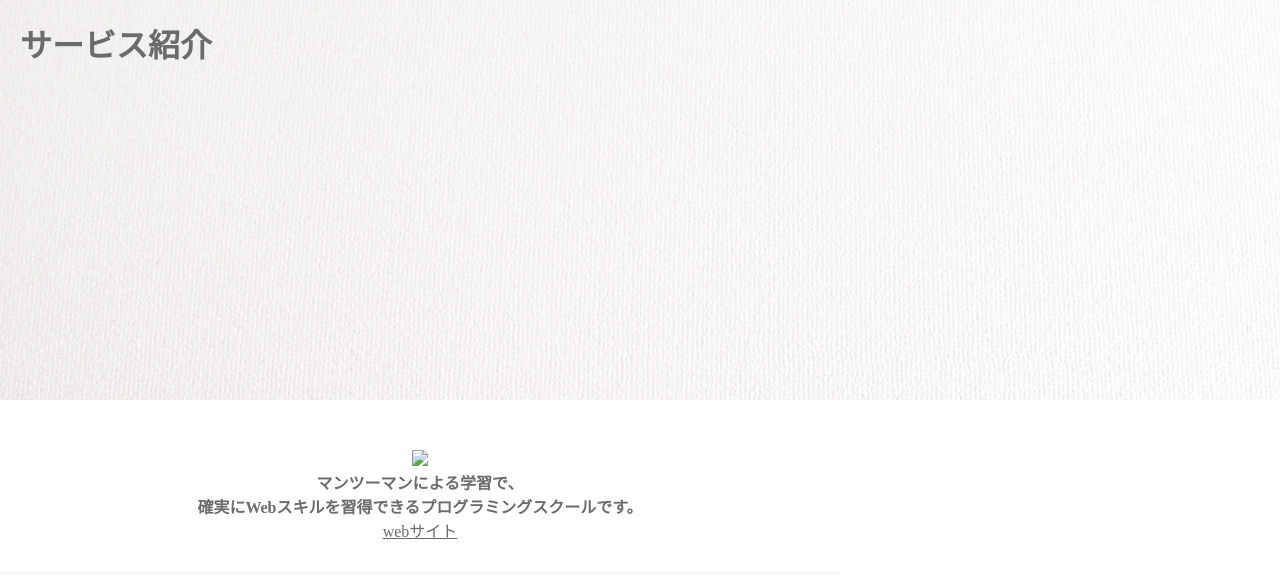
Repository: kiruha313/DWC
Page: exersise7/index.html
The author's editor kept a record of every edit. The page is drawn from the files as they stood at one moment, then again after the next edit.
The browser window is 1280 px wide. The pictures show the whole page.

Above is the page before.
Not found: exersise7/img/wc-logo.jpg

After the next edit:
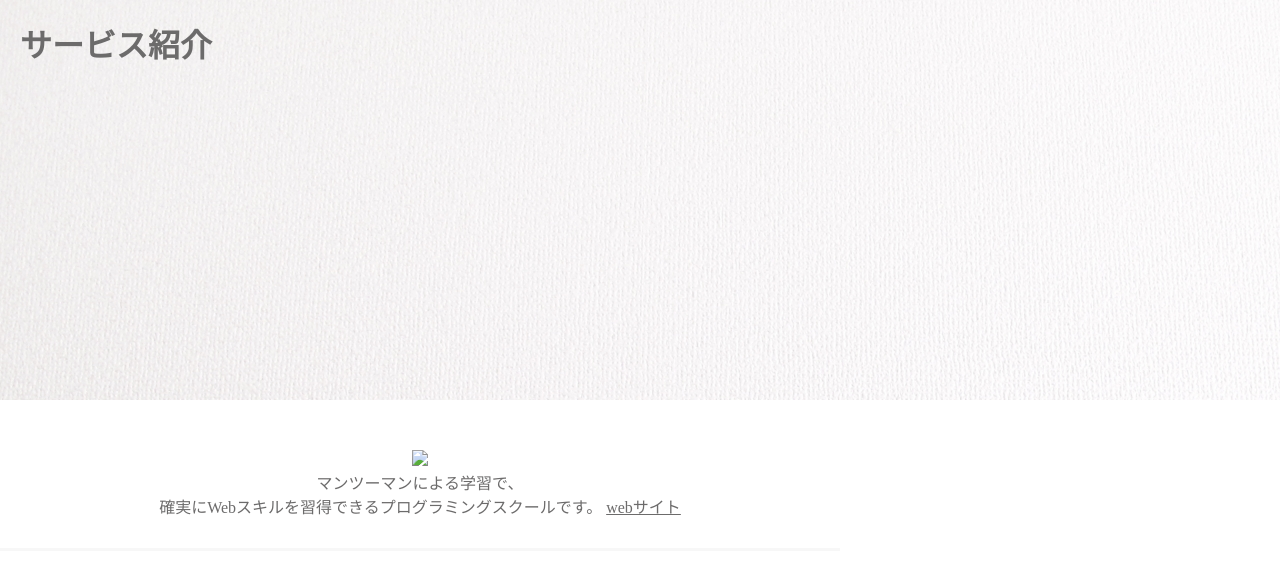
The edit:
--- a/exersise7/index.html
+++ b/exersise7/index.html
@@ -17,7 +17,7 @@
       <div class="school-item">
         <img class="school-image" src="img/wc-logo.jpg">
         <section class="school-text">
-          <h4 class="school-text-heading">
+          <div class="school-text-heading">
             マンツーマンによる学習で、</br>
             確実にWebスキルを習得できるプログラミングスクールです。
           </h4>
